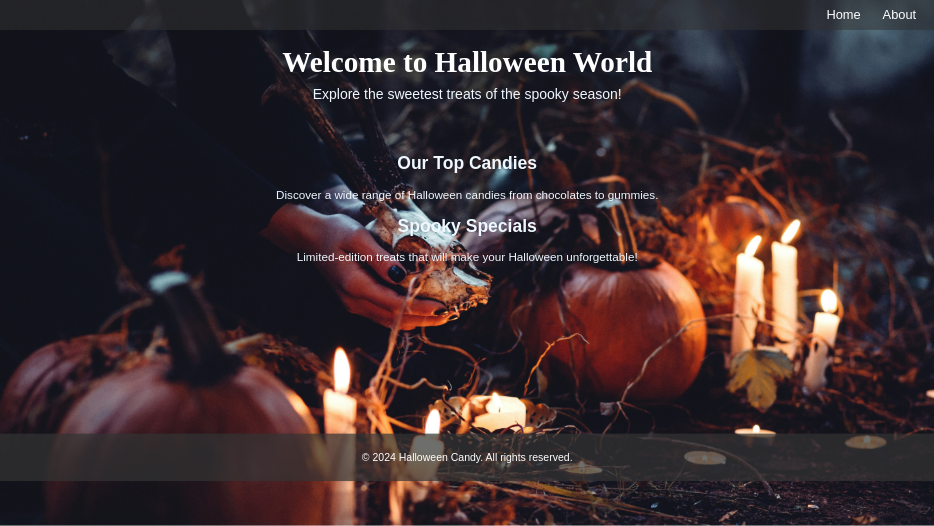
Repository: monicaifijeh/test2
Page: kyportfolio/src/indexHallo.html
The author's editor kept a copy of each file at every save. The page is drawn from the files as they stood at one save, then again after the next save.
The browser window is 1280 px wide. The pictures show the whole page, at 73% of full size.

Above is the page before, as saved 2024-12-20 17:53:32.

### kyportfolio/src/indexHallo.html
<!DOCTYPE html>
<html lang="en">
  <head>
    <meta charset="UTF-8" />
    <meta name="viewport" content="width=device-width, initial-scale=1.0" />
    <title>Halloween Candy</title>
    <link rel="stylesheet" href="kystyle.css" />
  </head>
  <body>
    <nav>
      <ul>
        <li><a href="indexHallo.html">Home</a></li>
        <li><a href="aboutHallo.html">About</a></li>
      </ul>
    </nav>
    <header>
      <h1>Welcome to Halloween World</h1>
      <p>Explore the sweetest treats of the spooky season!</p>
    </header>
    <main>
      <section class="intro">
        <h2>Our Top Candies</h2>
        <p>
          Discover a wide range of Halloween candies from chocolates to gummies.
        </p>
      </section>
      <section class="intro">
        <h2>Spooky Specials</h2>
        <p>
          Limited-edition treats that will make your Halloween unforgettable!
        </p>
      </section>
    </main>
    <footer>
      <p>&copy; 2024 Halloween Candy. All rights reserved.</p>
    </footer>
  </body>
</html>

### kyportfolio/src/kystyle.css
body {
    font-family: Arial, sans-serif;
    margin: 0;
    padding: 0;
background-image: url("/kyportfolio/images/freestocks-twVS-YjQn9Y-unsplash.jpg");
background-repeat: no-repeat;
background-size: cover;
}

header {
    text-align: center;
    padding: 20px;

}

header h1 {
    margin: 0;
    font-size: 2.5rem;
   color: #fff;
   font-family: fantasy;
}
.intro{
    color: aliceblue;
    text-align: center;
}

header p {
    color: aliceblue;
    margin: 10px 0;
    font-size: 1.2rem;
}

nav ul {
    display: flex;
    justify-content: right;
    list-style: none;
    padding: 10px;
    background-color: #3333338a;
    margin: 0;
    position: sticky;
}

nav ul li {
    margin: 0 15px;
}

nav ul li a {
    text-decoration: none;
    color: #fff;
    font-size: 1.1rem;
}

nav ul li a:hover {
    text-decoration: underline;
}

main {
    padding: 20px;
    box-sizing: border-box;
    display: block;

}

section {
    margin-bottom: 20px;
}

footer {
    margin-top: 15%;
    text-align: center;
    padding: 10px;
    background-color: #333333b4;
    color: #fff;
    font-size: 0.9rem;

}

After the next save:
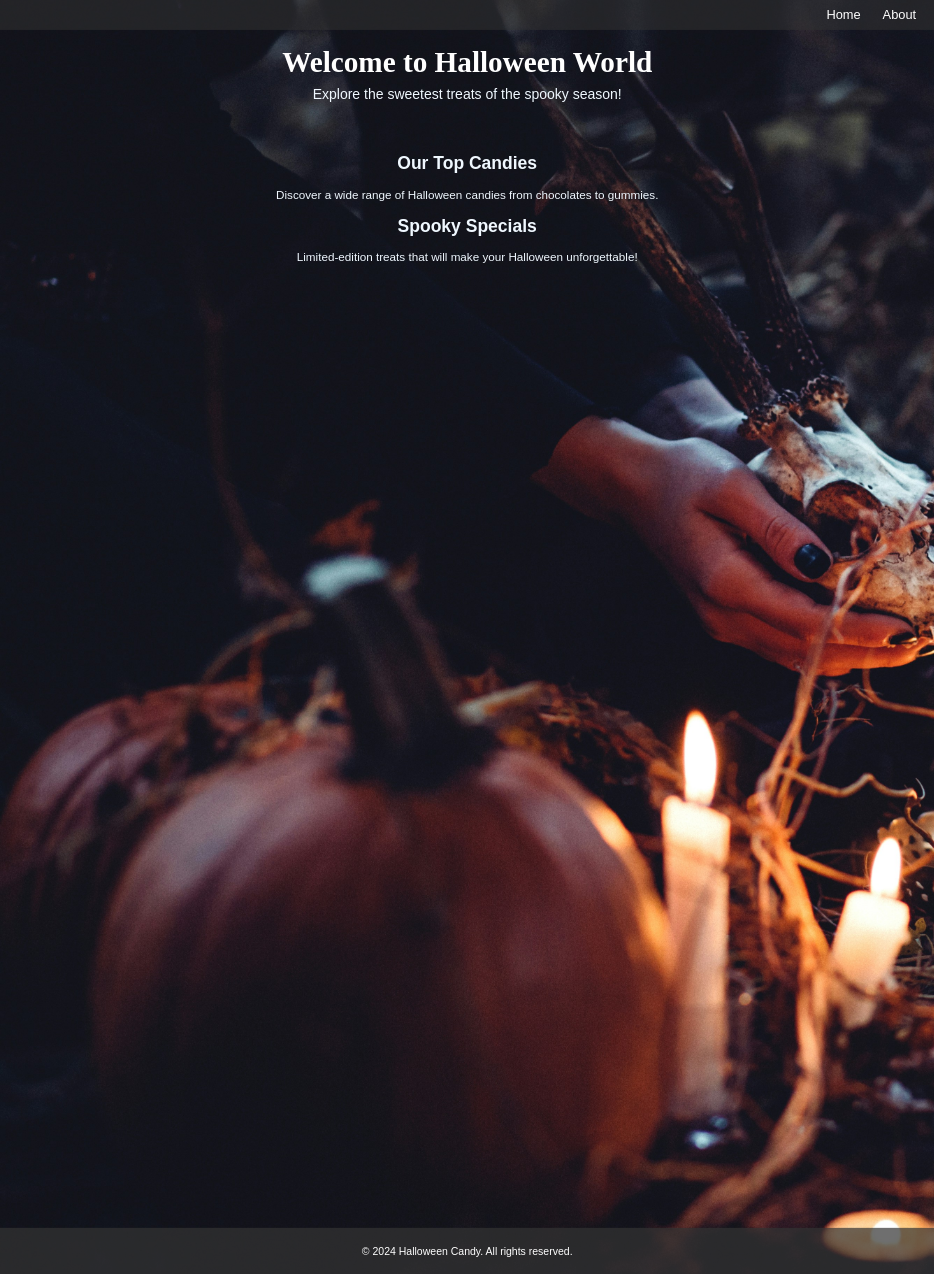
Saved 13 s later.
--- a/kyportfolio/src/kystyle.css
+++ b/kyportfolio/src/kystyle.css
@@ -66,7 +66,7 @@ section {
 }
 
 footer {
-    margin-top: 15%;
+    margin-top: 100%;
     text-align: center;
     padding: 10px;
     background-color: #333333b4;
